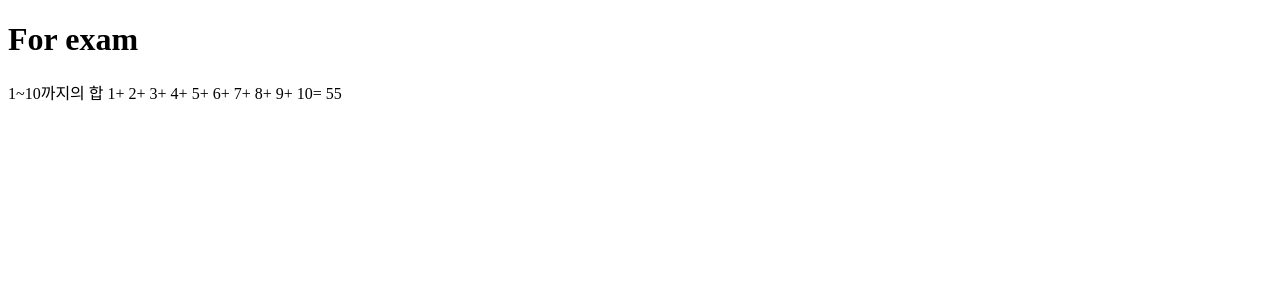
Repository: kimwoongasd/JSPAndServlet
Page: http://localhost/day1220/10_for2.jsp
These files come from the project's save history. The page is drawn as it stood at one moment and after the next save; the edit follows.
The browser window is 1280 px wide. The pictures show the whole page.
The page is served by Tomcat 9.

Above is the page before, as saved 2023-12-20 07:46:26.

After the next save:
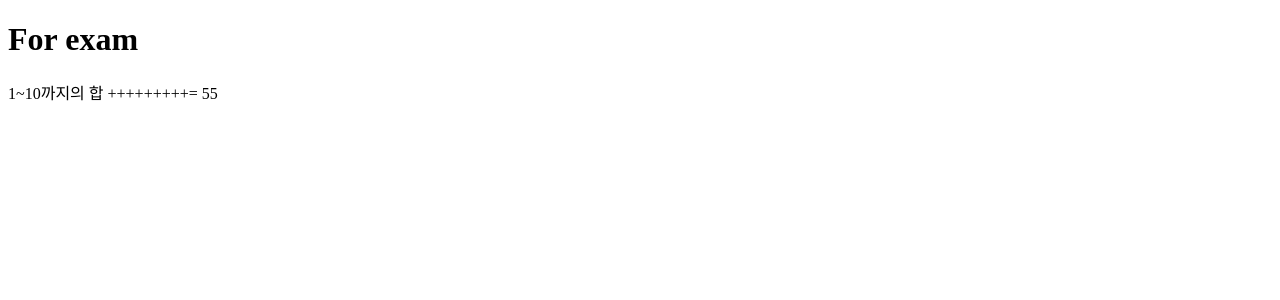
Saved 111 s later.
--- a/day1220/src/main/webapp/10_for2.jsp
+++ b/day1220/src/main/webapp/10_for2.jsp
@@ -13,13 +13,9 @@
  	int i, sum = 0;
 	for (i = 1; i <=10; i++){
 		if (i < 10) {
-			%>
-			<%=i %>+
-			<%
+			out.print("+");
 		} else {
-			%>
-			<%=i %>=
-			<%
+			out.print("=");
 		}
 
 		sum += i;
